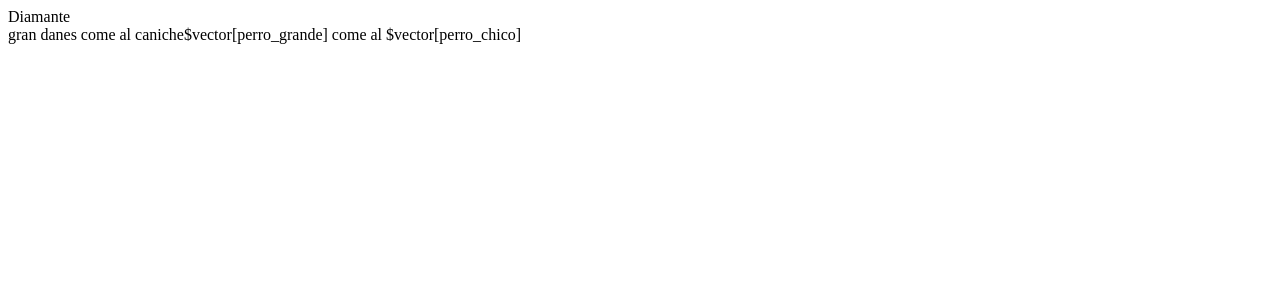
Repository: ebaglio/trabajophp
Page: http://localhost/arrayrefer.php
These files come from the project's save history. The page is drawn as it stood at one moment and after the next save; the edit follows.
The browser window is 1280 px wide. The pictures show the whole page.
The page is run by PHP 8.4 with error messages shown; the project is at /var/www/html/.

Above is the page before, as saved 2012-05-03 10:30:16.

After the next save:
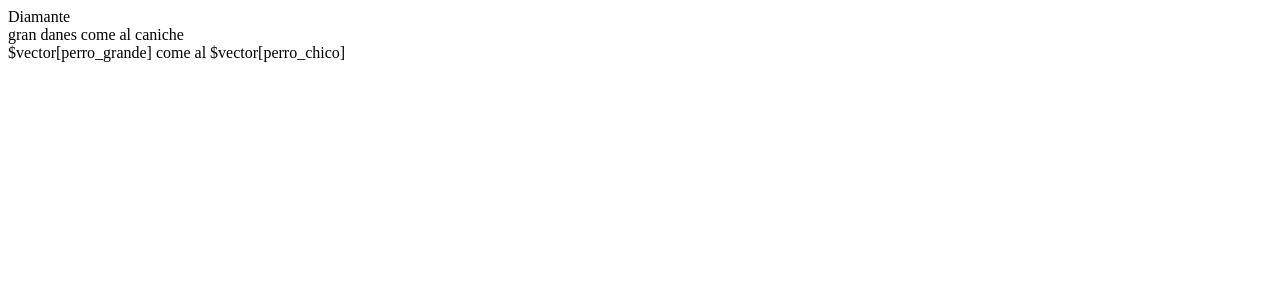
Saved 79 s later.
--- a/curso1/arrayrefer.php
+++ b/curso1/arrayrefer.php
@@ -12,6 +12,7 @@ echo '</br>';
 $vector['perro_chico'] = 'caniche';
 $vector['perro_grande'] = 'gran danes';
 echo "$vector[perro_grande] come al $vector[perro_chico]";
+echo "</br>";
 echo '$vector[perro_grande] come al $vector[perro_chico]';
 
 
